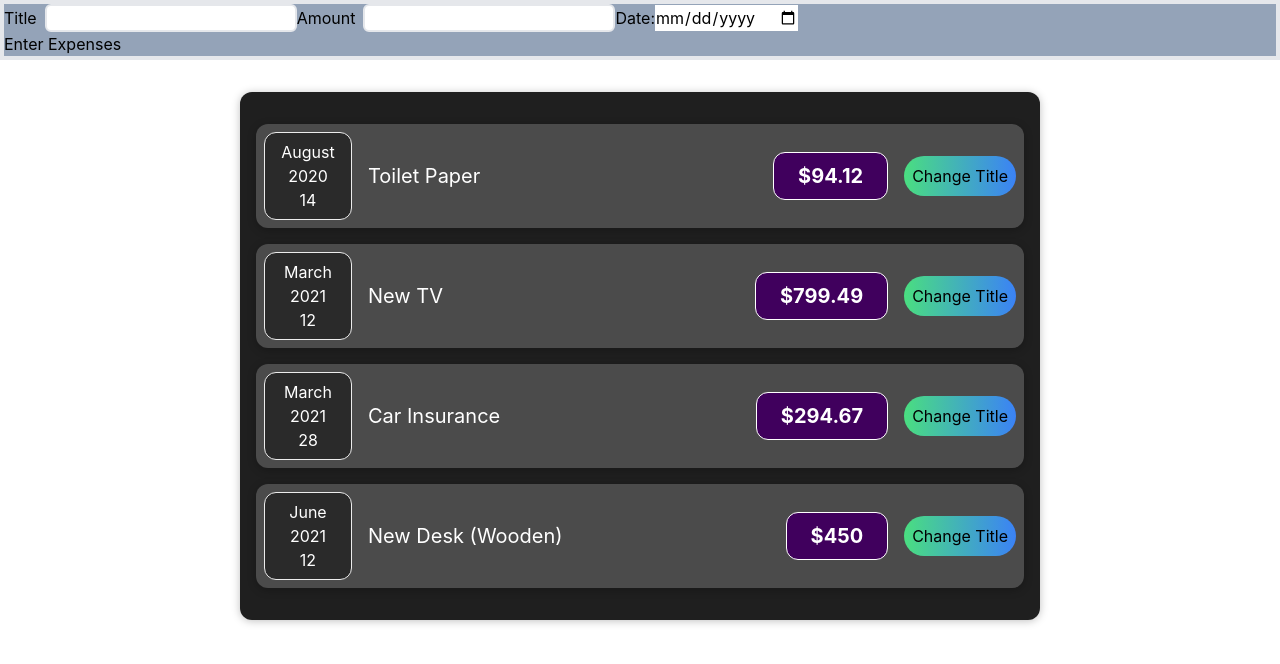
Repository: Sef24/expense-tracker
Page: /
An editor plug-in stored every save of this project. The page is shown before and after the next save, followed by the edit.
The browser window is 1280 px wide. The pictures show the whole page.
The project was rebuilt for these pictures with package versions that can differ from the ones it lists, and the page was loaded fresh each time. Also part of the build but not shown: src/components/NewExpense/NewExpense.css, src/components/NewExpense/ExpenseForm.css.

Above is the page before, as saved 2022-04-24 19:34:47.

### public/index.html
<!DOCTYPE html>
<html lang="en">
  <head>
    <meta charset="utf-8" />
    <link rel="icon" href="%PUBLIC_URL%/favicon.ico" />
    <meta name="viewport" content="width=device-width, initial-scale=1" />

    <meta
      name="description"
      content="Web site created using create-react-app"
    />
    <link rel="apple-touch-icon" href="%PUBLIC_URL%/logo192.png" />
    <!--
      manifest.json provides metadata used when your web app is installed on a
      user's mobile device or desktop. See https://developers.google.com/web/fundamentals/web-app-manifest/
    -->
    <link rel="manifest" href="%PUBLIC_URL%/manifest.json" />
    <!--
      Notice the use of %PUBLIC_URL% in the tags above.
      It will be replaced with the URL of the `public` folder during the build.
      Only files inside the `public` folder can be referenced from the HTML.

      Unlike "/favicon.ico" or "favicon.ico", "%PUBLIC_URL%/favicon.ico" will
      work correctly both with client-side routing and a non-root public URL.
      Learn how to configure a non-root public URL by running `npm run build`.
    -->
    <title>React App</title>
  </head>
  <body>
    <noscript>You need to enable JavaScript to run this app.</noscript>
    <div id="root"></div>
    <!--
      This HTML file is a template.
      If you open it directly in the browser, you will see an empty page.

      You can add webfonts, meta tags, or analytics to this file.
      The build step will place the bundled scripts into the <body> tag.

      To begin the development, run `npm start` or `yarn start`.
      To create a production bundle, use `npm run build` or `yarn build`.
    -->
  </body>
</html>

### src/App.js
import Expenses from "./components/Expenses";
import NewExpense from "./components/NewExpense/NewExpense";

function App() {
  const expenses = [
    {
      id: "e1",
      title: "Toilet Paper",
      amount: 94.12,
      date: new Date(2020, 7, 14),
    },
    { id: "e2", title: "New TV", amount: 799.49, date: new Date(2021, 2, 12) },
    {
      id: "e3",
      title: "Car Insurance",
      amount: 294.67,
      date: new Date(2021, 2, 28),
    },
    {
      id: "e4",
      title: "New Desk (Wooden)",
      amount: 450,
      date: new Date(2021, 5, 12),
    },
  ];
  return (
    <div>
      <NewExpense />
      <Expenses items={expenses} />
    </div>
  );
}

export default App;

### src/components/Expenses.js
import React from "react";
import ExpenseItem from "./ExpenseItem";
import "./Expenses.css";

function Expenses(props) {
  <h1 className=""> Hello</h1>;
  return (
    <div className="expenses">
      <ExpenseItem
        title={props.items[0].title}
        amount={props.items[0].amount}
        date={props.items[0].date}
      />

      <ExpenseItem
        title={props.items[1].title}
        amount={props.items[1].amount}
        date={props.items[1].date}
      />
      <ExpenseItem
        title={props.items[2].title}
        amount={props.items[2].amount}
        date={props.items[2].date}
      />
      <ExpenseItem
        title={props.items[3].title}
        amount={props.items[3].amount}
        date={props.items[3].date}
      />
    </div>
  );
}

export default Expenses;

### src/components/NewExpense/NewExpense.js
import React from "react";
import "./NewExpense.css";
import ExpenseForm from "./ExpenseForm";

function NewExpense() {
  return (
    <div>
      <ExpenseForm onSaveExpenseData />
    </div>
  );
}

export default NewExpense;

### src/components/ExpenseItem.js
import React, { useState } from "react";
import "./ExpenseItem.css";
import ExpenseDate from "./ExpenseDate";

function ExpenseItem(props) {
  const [title, setTitle] = useState(props.title);

  const clickHandler = () => {
    setTitle("Updated");
    console.log(title);
  };

  return (
    <div className="expense-item ">
      <ExpenseDate date={props.date} />

      <div className="expense-item__description">
        <h2>{props.title}</h2>

        <div className="expense-item__price">${props.amount}</div>
      </div>
      <button
        className="p-2 ml-4 border-transparent rounded-full border-0
        bg-gradient-to-r from-green-400 to-blue-500
        hover:from-pink-500 hover:to-yellow-500 ...
        active:opacity-75"
        onClick={clickHandler}
      >
        Change Title
      </button>
    </div>
  );
}

export default ExpenseItem;

### src/components/NewExpense/ExpenseForm.js
import React, { useState } from "react";
import "./ExpenseForm.css";

function ExpenseForm() {
  return (
    <form className="">
      <div className="w-full flex-wrap justify-between border-4 bg-slate-400 gap-1">
        <label>Title</label>
        <input type="text" className="border-2 rounded-md ml-2" />

        <label>Amount</label>
        <input
          type="number"
          min="0.01"
          step="0.01"
          className="border-2 rounded-md ml-2"
        />

        <label>Date:</label>
        <input type="date" />

        <div className="">
          <button>Enter Expenses</button>
        </div>
      </div>
    </form>
  );
}

export default ExpenseForm;

### src/components/ExpenseItem.css
.expense-item {
  display: flex;
  justify-content: space-between;
  align-items: center;
  box-shadow: 0 2px 8px rgba(0, 0, 0, 0.25);
  padding: 0.5rem;
  margin: 1rem 0;
  border-radius: 12px;
  background-color: #4b4b4b;
}

.expense-item__description {
  display: flex;
  flex-direction: column;
  gap: 1rem;
  align-items: flex-end;
  flex-flow: column-reverse;
  justify-content: flex-start;
  flex: 1;
}

.expense-item h2 {
  color: #3a3a3a;
  font-size: 1rem;
  flex: 1;
  margin: 0 1rem;
  color: white;
}

.expense-item__price {
  font-size: 1rem;
  font-weight: bold;
  color: white;
  background-color: #40005d;
  border: 1px solid white;
  padding: 0.5rem;
  border-radius: 12px;
}

@media (min-width: 580px) {
  .expense-item__description {
    flex-direction: row;
    align-items: center;
    justify-content: flex-start;
    flex: 1;
  }

  .expense-item__description h2 {
    font-size: 1.25rem;
  }

  .expense-item__price {
    font-size: 1.25rem;
    padding: 0.5rem 1.5rem;
  }
}

### src/components/ExpenseDate.js
import React from "react";
import "./ExpenseDate.css";

function ExpenseDate(props) {
  const month = props.date.toLocaleString("en-US", { month: "long" });
  const day = props.date.getDate();
  const year = props.date.getFullYear();

  return (
    <div className="expense-date">
      <div className="expense__month">{month}</div>
      <div className="expense__year">{year}</div>
      <div className="expense__day">{day}</div>
    </div>
  );
}

export default ExpenseDate;

Loaded but not shown: src/index.js (common file); src/index.css (common file); src/components/Expenses.css (common file); src/components/ExpenseDate.css (common file); tailwind.config.js (common file)

After the next save:
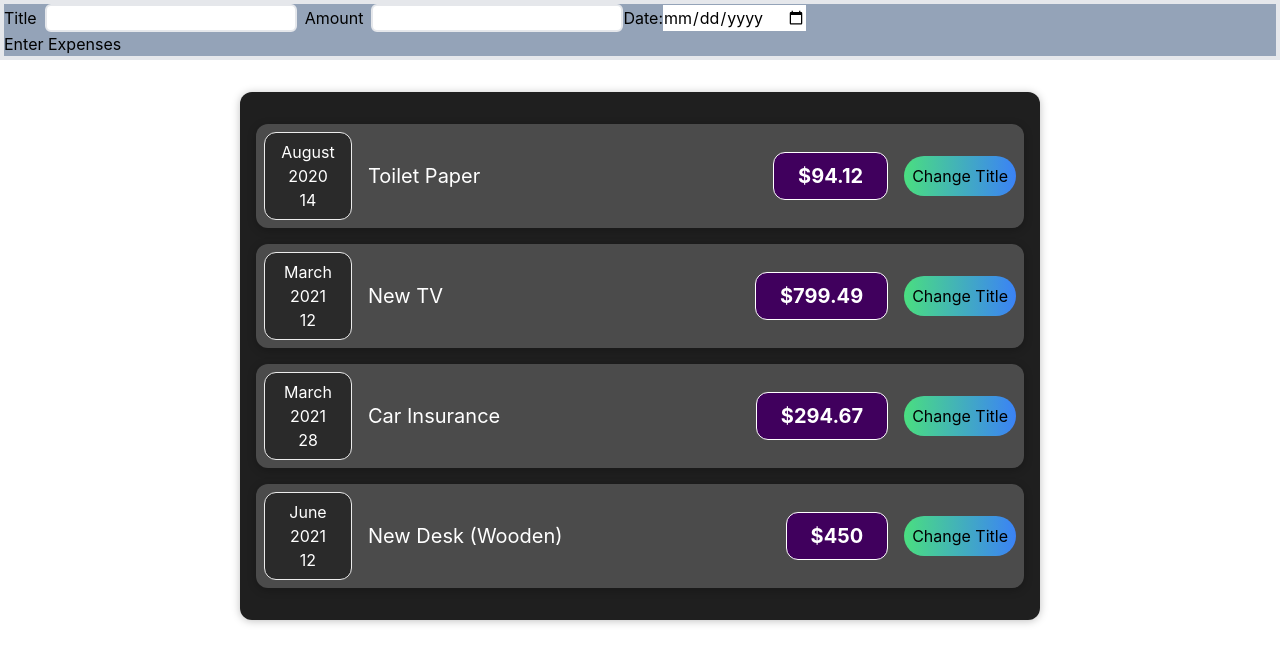
Saved 10 s later.
--- a/src/components/NewExpense/ExpenseForm.js
+++ b/src/components/NewExpense/ExpenseForm.js
@@ -8,7 +8,7 @@ function ExpenseForm() {
         <label>Title</label>
         <input type="text" className="border-2 rounded-md ml-2" />
 
-        <label>Amount</label>
+        <label className="pl-2">Amount</label>
         <input
           type="number"
           min="0.01"
